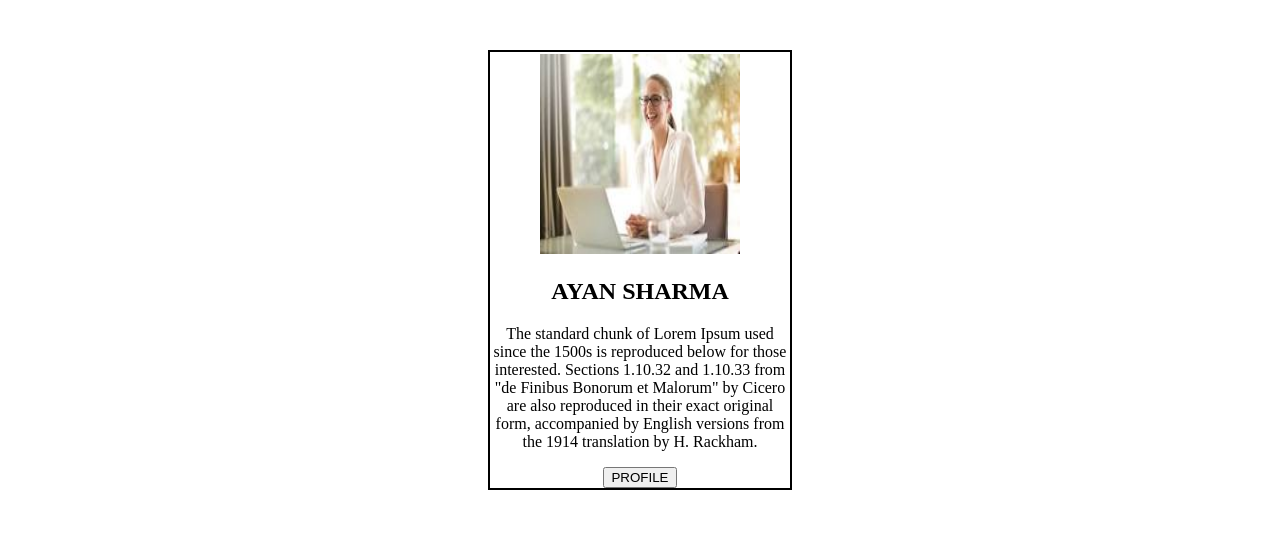
Repository: arindamslt/JEECoding
Page: JEE_FRONTEND/src/main/webapp/08CardCSS.html
The author's editor kept a copy of each file at every save. The page is drawn from the files as they stood at one save, then again after the next save.
The browser window is 1280 px wide. The pictures show the whole page.

Above is the page before, as saved 2025-07-15 06:01:37.

After the next save:
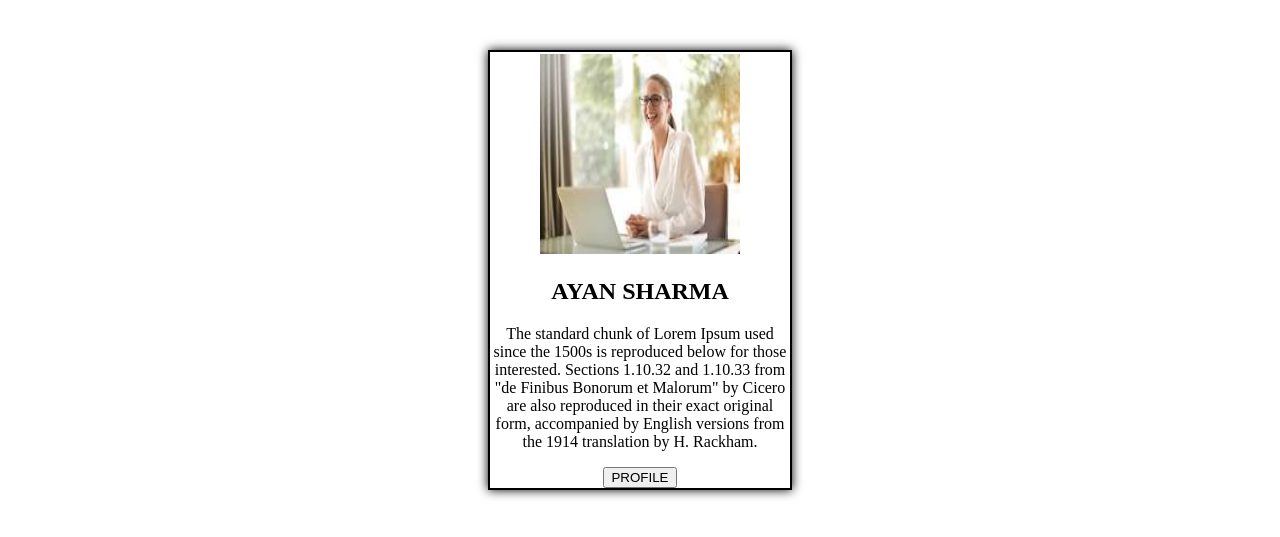
Saved 55 s later.
--- a/JEE_FRONTEND/src/main/webapp/08CardCSS.html
+++ b/JEE_FRONTEND/src/main/webapp/08CardCSS.html
@@ -9,6 +9,7 @@
 		text-align: center;
 		border:2px solid black;
 		margin:50px auto;
+		box-shadow: 0px 0px 10px black;
 		img{
 			margin-top: 2px;
 		}
